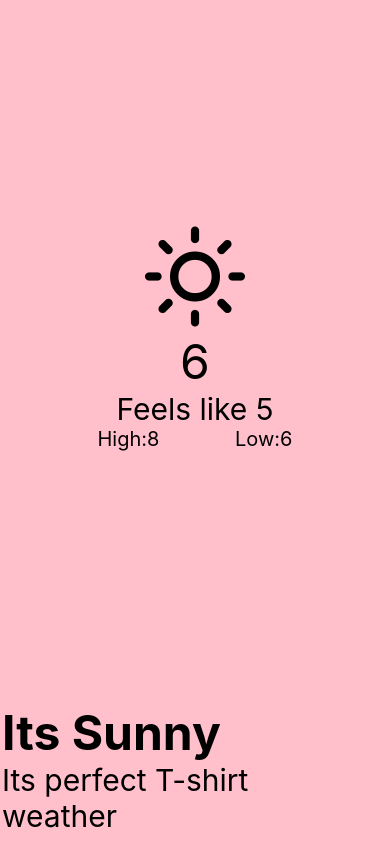
Repository: RossDee/WeatherApp
Screen: /
An editor plug-in stored every save of this project. The screen is shown before and after a run of saves, followed by the edit.
The app was drawn by React Native's web renderer in a window 390 px wide. The project was rebuilt for these pictures with package versions that can differ from the ones it lists, and the page was loaded fresh each time.

Above is the screen before, as saved 2023-10-14 21:29:47.

### App.js
import React from 'react';
import { SafeAreaView, StyleSheet, Text, View } from 'react-native';
import {Feather} from '@expo/vector-icons'

const App = () => {
  return (
    <SafeAreaView style = {style.wrapper}>
    <View style = {style.container}>
      <Feather name = "sun" size = {100} color = "black" />
      <Text style={style.temp} >6</Text>
      <Text style = {style.feels}>Feels like 5</Text>
      <View style = {style.highLowWrapper}>
        <Text style = {style.highLow}>High:8</Text>
        <Text style = {style.highLow}>Low:6</Text>
      </View>
    </View>
    <View style = {style.bodyWrapper}>
        <Text style = {style.description}>Its Sunny</Text>
      <Text style = {style.message}>Its perfect T-shirt weather</Text>
    </View>
    </SafeAreaView>
  )
}
const style  =StyleSheet.create({
  wrapper:{
    flex:1,
    backgroundColor:'pink',
  },
  container:{
    backgroundColor:'pink',
    flex:1,
    alignItems:'center',
    justifyContent:'center',
  },
  temp:{
    color:'black',
    fontSize:48,
 },
 feels:{
   color:'black',
   fontSize:30,
 },
  highLow:{
    color:'black',
    fontSize:20,
  },
  highLowWrapper:{
    flexDirection:'row',
    justifyContent:'space-between',
    width:'50%',
  },
  bodyWrapper:{
    width:'90%',
    padding:10,
    borderRadius:20,
    marginTop:20,
    paddingLeft:2,
  },
  description:{
    fontSize:48,
    fontWeight:'bold',
  },
  message:{
    fontSize:30,
  }
})

export default App

After the next 2 saves:
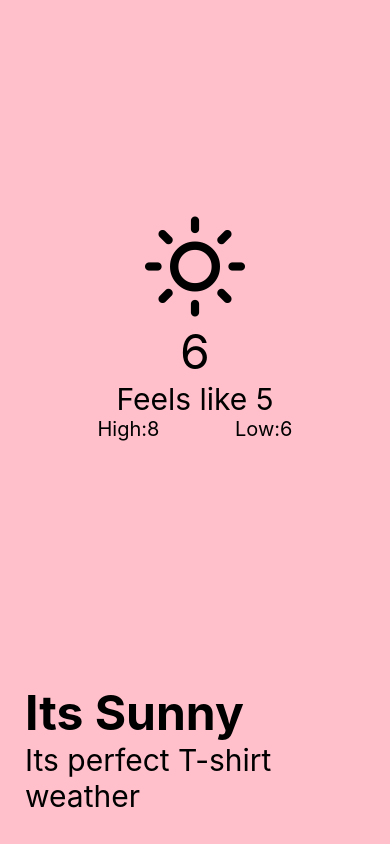
The 2 saves are shown as one change because 1 did not build or start.
The last was saved 13 s later.
--- a/App.js
+++ b/App.js
@@ -54,7 +54,8 @@ const style  =StyleSheet.create({
     padding:10,
     borderRadius:20,
     marginTop:20,
-    paddingLeft:2,
+    paddingLeft:25,
+    marginBottom:20,
   },
   description:{
     fontSize:48,
